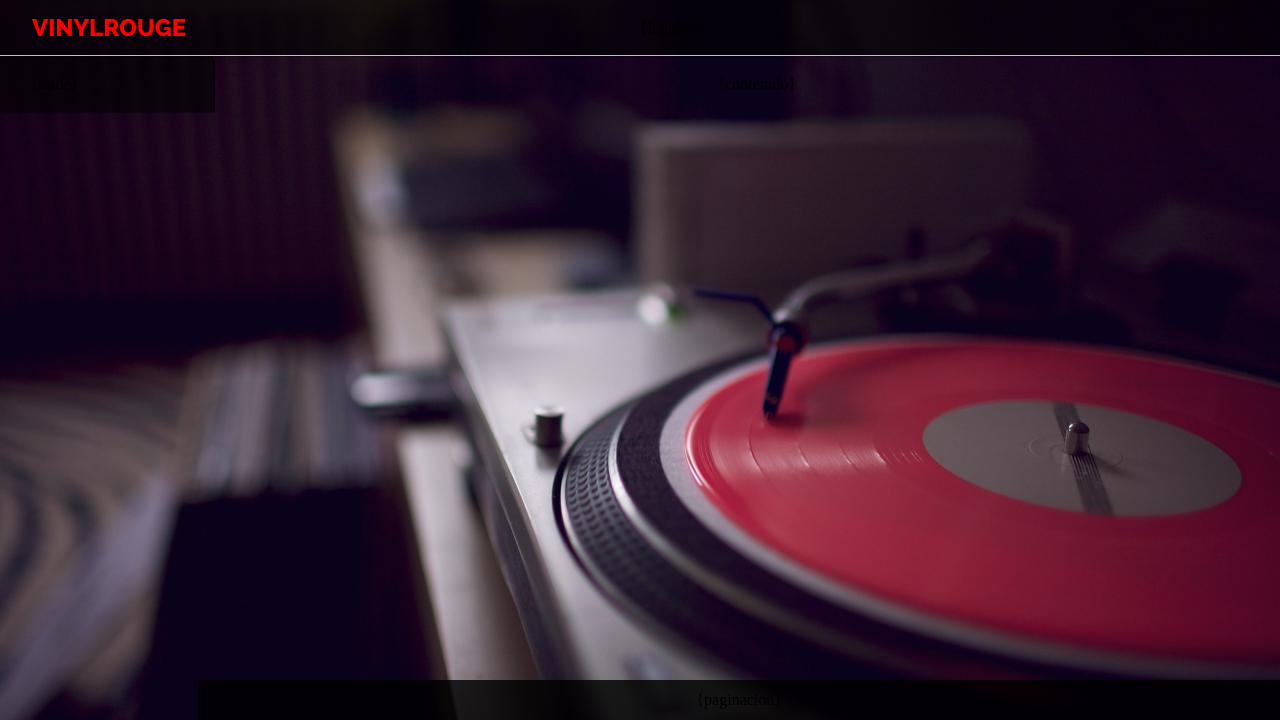
Repository: Miguelfdez79/discos
Page: workspace/template/html/index.html
The author's editor kept a record of every edit. The page is drawn from the files as they stood at one moment, then again after the next edit.
The browser window is 1280 px wide. The pictures show the whole page.
Some web libraries are served in a nearby version.

Above is the page before.
Console error: ReferenceError: contenedor is not defined

After the next edit:
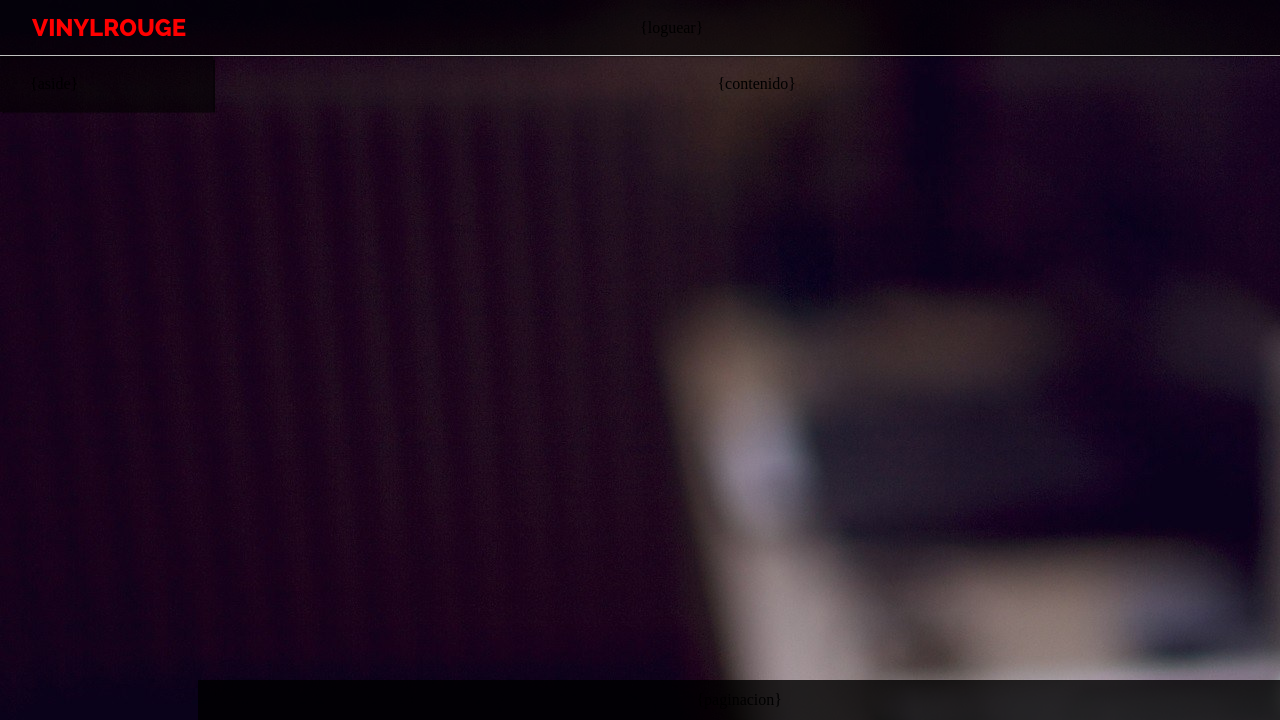
The edit:
--- a/workspace/template/js/background_changer.js
+++ b/workspace/template/js/background_changer.js
@@ -6,7 +6,7 @@
     var current = 0;
 
     function nextBackground() {
-        contenedor.css(
+        body.css(
             'background',
         backgrounds[current = ++current % backgrounds.length]);
 
